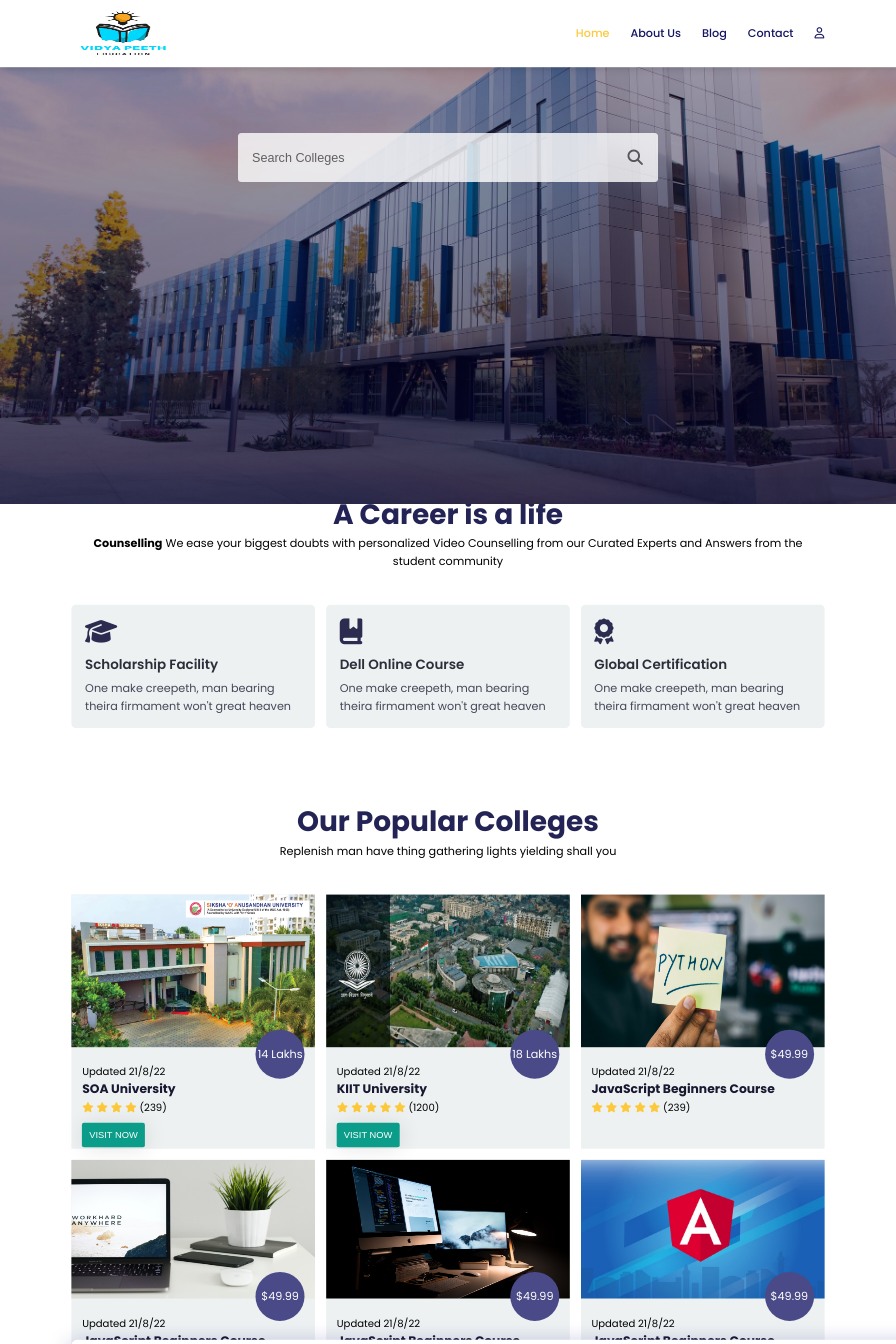
Repository: NamanSahu09/VidyaPreet-Ed-Tech-Website
Page: index.html
These files come from the project's save history. The page is drawn as it stood at one moment and after the next save; the edit follows.
The browser window is 1280 px wide. The pictures show the part of the page from y = 0 to 1920 px (the page is 3681 px tall), at 70% of full size.
Some web libraries are served in a nearby version.

Above is the page before, as saved 2024-04-11 15:46:18.

### index.html
<!DOCTYPE html>
<html lang="en">
<head>
	<meta charset="UTF-8">
	<meta name="viewport" content="width=device-width, initial-scale=1.0">
	<title>VidyaPeeth</title>

	<!-- font Awesome CDN link -->
	<link rel="stylesheet" href="https://cdnjs.cloudflare.com/ajax/libs/font-awesome/6.1.1/css/all.min.css" />

	<!-- External CSS -->
	<link rel="stylesheet" href="style.css">

	<!-- JQuery CDN link -->
	<script src="https://code.jquery.com/jquery-3.6.0.min.js" integrity="sha256-/xUj+3OJU5yExlq6GSYGSHk7tPXikynS7ogEvDej/m4=" crossorigin="anonymous"></script>


	<!-- Awesome Font -->
	<script src="https://kit.fontawesome.com/fec0f6ecb6.js" crossorigin="anonymous"></script>







</head>
<body>
	<!-- Navigation start -->
	<nav>
		<img src="img/Vidya peeth.png" class="logo" alt="" height="70px"  width="250px"/>

		<div class="navigation">
			<ul>
				<i id="menu-close" class="fas fa-times"></i>
				<li><a href="index.html" class="active">Home</a></li>
				<li><a href="about.html">About Us</a></li>
				<li><a href="blog.html">Blog</a></li>
				<!-- <li><a href="courses.html">Courses</a></li> -->
				<li><a href="contact.html">Contact</a></li>
				<li><a href="#">
					<i class="far fa-user"></i>
					</a>
				</li>


			</ul>

			<img src="img/menu.png" id="menu-btn" alt="">
		</div>
	</nav>
	<!-- Navigation ends -->



  <!-- login sign-up-form -->

  <div class="form">
    <!-- login -->
    <div class="login-form">

      <!-- cancel-btn -->

      <a href="#" class="form-cancel">
        <i class="fas fa-times"></i>
      </a>


      <strong>Log In</strong>
      <!-- inputs -->
      <form >
        <input type="email" placeholder="Example@gmail.com" name="email" required>
        <input type="password" placeholder="Password" name="password" required>
        <!-- submit-btn -->
        <input type="submit" value="Log In">
      </form>

      <!-- Forget-and-signup -->
      <div class="form-btns">
          <a href="#" class="forget">Forget Your Password?</a>
          <a href="#" class="sign-up-btn">Create Account</a>
    </div>

    </div>




     <!-- Sign Up -->
     <div class="sign-up-form">

      <!-- cancel-btn -->

      <a href="#" class="form-cancel">
        <i class="fas fa-times"></i>
      </a>


      <strong>Sign In</strong>
      <!-- inputs -->
      <form >
        <input type="text" placeholder="Full Name" name="fullname" required>
        <input type="email" placeholder="Example@gmail.com" name="email" required>
        <input type="password" placeholder="Password" name="password" required>
        <!-- submit-btn -->
        <input type="submit" value="Sign Up">
      </form>

      <!-- Forget-and-signup -->
      <div class="form-btns">
          <a href="#" class="already-acount">Already have Account?</a>
    </div>

    </div>

  </div>


















	<!-- Hero section starts from here -->
	<section id="home">
			<div class="search-box">
				<div class="row">
					<input type="text" id="input-box" placeholder="Search Colleges" autocomplete="off">
					<button class="search"><i class="fa-solid fa-magnifying-glass"></i></button>
				</div>
				<div class="result-box">

				</div>
			</div>



		<!-- <h2>
			Enhance Your Future With VidyaPeeth
		</h2>
		<p>
			Lorem ipsum dolor sit amet consectetur adipisicing elit. Reiciendis, ipsum laboriosam architecto tempora explicabo ratione pariatur accusantium consequatur sed odit?
		</p>
		<div class="btn">
			<a href="#" class="blue">Learn More</a>
			<a href="#" class="yellow">Visit Courses</a>
		</div> -->
	</section>
	<!-- Hero section ends from here -->


	<!-- Features section starts from here -->
	<section id="features">
		<h1>A Career is a life</h1>
		<p> <b align="center">Counselling</b>
			We ease your biggest doubts with personalized Video Counselling from our
			Curated Experts and Answers from the student community

		</p>

		<div class="fea-base">
			<div class="fea-box">
				<i class="fas fa-graduation-cap"></i>
				<h3>Scholarship Facility</h3>
				<p>
					One make creepeth, man bearing theira firmament won't great heaven
				</p>
			</div>

			<div class="fea-box">
				<i class="fa-solid fa-book-bookmark"></i>
				<h3>Dell Online Course</h3>
				<p>
					One make creepeth, man bearing theira firmament won't great heaven
				</p>
			</div>

			<div class="fea-box">
				<i class="fas fa-award"></i>
				<h3>Global Certification</h3>
				<p>
					One make creepeth, man bearing theira firmament won't great heaven
				</p>
			</div>
		</div>
	</section>
	<!-- Features section ends from here -->








	<!-- Courses section starts from here -->
	<section id="course">
		<h1>Our Popular Colleges</h1>
		<p>Replenish man have thing gathering lights yielding shall you</p>

		<div class="course-box">
			<div class="courses">
				<img src="Colleges/soa.jpg" alt="">
				<div class="details">
					<span>Updated 21/8/22</span>
					<h6>SOA University</h6>

					<div class="star">
						<i class="fa-solid fa-star"></i>
						<i class="fa-solid fa-star"></i>
						<i class="fa-solid fa-star"></i>
						<i class="fa-solid fa-star"></i>


						<span>(239)</span>
					</div>
					<button onclick="location.href='https://www.soa.ac.in/'" class="apply-btn"> Visit Now </button>
				</div>
				<div class="cost">14 Lakhs</div>
			</div>

			<div class="courses">
				<img src="Colleges/kiit-uni.jpg" alt="">
				<div class="details">
					<span>Updated 21/8/22</span>
					<h6>KIIT University</h6>

					<div class="star">
						<i class="fa-solid fa-star"></i>
						<i class="fa-solid fa-star"></i>
						<i class="fa-solid fa-star"></i>
						<i class="fa-solid fa-star"></i>
						<i class="fa-solid fa-star"></i>

						<span>(1200)</span>
					</div>
					<button onclick="location.href='https://kiit.ac.in/'" class="apply-btn"> Visit Now </button>
				</div>
				<div class="cost">18 Lakhs</div>


			</div>

			<div class="courses">
				<img src="img/c3.jpg" alt="">
				<div class="details">
					<span>Updated 21/8/22</span>
					<h6>JavaScript Beginners Course</h6>

					<div class="star">
						<i class="fa-solid fa-star"></i>
						<i class="fa-solid fa-star"></i>
						<i class="fa-solid fa-star"></i>
						<i class="fa-solid fa-star"></i>
						<i class="fa-solid fa-star"></i>

						<span>(239)</span>
					</div>
				</div>
				<div class="cost">$49.99</div>
			</div>

			<div class="courses">
				<img src="img/c4.jpg" alt="">
				<div class="details">
					<span>Updated 21/8/22</span>
					<h6>JavaScript Beginners Course</h6>

					<div class="star">
						<i class="fa-solid fa-star"></i>
						<i class="fa-solid fa-star"></i>
						<i class="fa-solid fa-star"></i>
						<i class="fa-solid fa-star"></i>
						<i class="fa-solid fa-star"></i>

						<span>(239)</span>
					</div>
				</div>
				<div class="cost">$49.99</div>
			</div>

			<div class="courses">
				<img src="img/c5.jpg" alt="">
				<div class="details">
					<span>Updated 21/8/22</span>
					<h6>JavaScript Beginners Course</h6>

					<div class="star">
						<i class="fa-solid fa-star"></i>
						<i class="fa-solid fa-star"></i>
						<i class="fa-solid fa-star"></i>
						<i class="fa-solid fa-star"></i>
						<i class="fa-solid fa-star"></i>

						<span>(239)</span>
					</div>
				</div>
				<div class="cost">$49.99</div>
			</div>

			<div class="courses">
				<img src="img/c6.jpg" alt="">
				<div class="details">
					<span>Updated 21/8/22</span>
					<h6>JavaScript Beginners Course</h6>

					<div class="star">
						<i class="fa-solid fa-star"></i>
						<i class="fa-solid fa-star"></i>
						<i class="fa-solid fa-star"></i>
						<i class="fa-solid fa-star"></i>
						<i class="fa-solid fa-star"></i>

						<span>(239)</span>
					</div>
				</div>
				<div class="cost">$49.99</div>
			</div>
		</div>
	</section>
	<!-- Courses section ends from here -->


	<!-- Registration section starts from here -->
	<section id="registration">
		<div class="reminder">
			<p>Get 100 Online Courses for Free</p>
			<h1>Registration To Get It</h1>

			<div class="time">
				<div class="date">18 <br> Days</div>
				<div class="date">23 <br> Hours</div>
				<div class="date">06 <br> Minutes</div>
				<div class="date">58 <br> Seconds</div>
			</div>
		</div>

		<div class="form">
			<h3>Create Free Account NOW!</h3>

			<input type="text" placeholder="Name" name="" id="">
			<input type="email" placeholder="Email ID" name="" id="">
			<input type="text" placeholder="Contact Number" name="" id="">

			<div class="btn">
				<a href="#" class="yellow">Submit Form</a>
			</div>
		</div>
	</section>
	<!-- Registration section ends from here -->


	<!-- Experts section starts from here -->
	<section id="experts">
		<h1>Community Experts</h1>
		<p>Replenish man have thing gathering lights yielding shall you</p>
		<div class="expert-box">
			<div class="profile">
				<img src="img/pro1.webp" alt="">
				<h6>Ema Ernik</h6>
				<p>Python & Algorithms Expert</p>
				<div class="pro-links">
					<i class="fab fa-facebook"></i>
					<i class="fab fa-instagram"></i>
					<i class="fab fa-linkedin-in"></i>
				</div>
			</div>

			<div class="profile">
				<img src="img/pro2.webp" alt="">
				<h6>Jason chua</h6>
				<p>Data Design Expert</p>
				<div class="pro-links">
					<i class="fab fa-facebook"></i>
					<i class="fab fa-instagram"></i>
					<i class="fab fa-linkedin-in"></i>
				</div>
			</div>

			<div class="profile">
				<img src="img/pro3.webp" alt="">
				<h6>Maalik Halper</h6>
				<p>Full Stack Developer</p>
				<div class="pro-links">
					<i class="fab fa-facebook"></i>
					<i class="fab fa-instagram"></i>
					<i class="fab fa-linkedin-in"></i>
				</div>
			</div>

			<div class="profile">
				<img src="img/pro4.webp" alt="">
				<h6>Jennifer Lopez</h6>
				<p>Design Expert</p>
				<div class="pro-links">
					<i class="fab fa-facebook"></i>
					<i class="fab fa-instagram"></i>
					<i class="fab fa-linkedin-in"></i>
				</div>
			</div>
		</div>
	</section>
	<!-- Experts section ends from here -->

	<!-- Footer section starts from here -->
	<footer>
		<div class="footer-col">
			<h3>Top Products</h3>
			<li>Manage Reputation</li>
			<li>Power Tools</li>
			<li>Managed Website</li>
			<li>Marketing Service</li>
		</div>

		<div class="footer-col">
			<h3>Power Tools</h3>
			<li>Jobs</li>
			<li>Marketing Service</li>
			<li>Top Products</li>
			<li>Manage Reputation</li>
		</div>

		<div class="footer-col">
			<h3>Power Tools</h3>
			<li>Managed Website</li>
			<li>Manage Reputation</li>
			<li>Top Products</li>
			<li>Marketing Service</li>
		</div>

		<div class="footer-col">
			<h3>Guides</h3>
			<li>Research</li>
			<li>Experts</li>
			<li>Managed Website</li>
			<li>Marketing Service</li>
		</div>

		<div class="footer-col">
			<h3>Newsletter</h3>
			<p>You can trust us. we only send promo offers.</p>

			<div class="subscribe">
				<input type="email" placeholder="Your email Address">
				<a href="#" class="yellow">SUBSCRIBE</a>
			</div>
		</div>

		<div class="copyright">
			<p>
				Copyright @ 2024 All rights reserved.
			</p>
			<div class="pro-links">
				<i class="fab fa-facebook"></i>
				<i class="fab fa-instagram"></i>
				<i class="fab fa-linkedin-in"></i>
			</div>
		</div>
	</footer>
	<!-- Footer section ends from here -->

	<script>
		// Show menu links on burger click
		$('#menu-btn').click(function(){
			$('nav .navigation ul').addClass('active')
		});

		// Hide navbar on click function
		$('#menu-close').click(function(){
			$('nav .navigation ul').removeClass('active')
		});

 /*---For Login and Sign-up----------------------------*/

 $(document).on('click', '.far.fa-user', function(){
    $('.form').addClass('login-active').removeClass('sign-up-active');
});

$(document).on('click', '.sign-up-btn', function(){
    $('.form').removeClass('login-active').addClass('sign-up-active');
});

$(document).on('click', '.form-cancel', function(){
    $('.form').removeClass('login-active').removeClass('sign-up-active');
});

$(document).on('click', '.already-acount', function(){
    $('.form').addClass('login-active').removeClass('sign-up-active');
});


	</script>

<script src="autocomplete.js"></script>





</body>
</html>

Loaded but not shown: autocomplete.js (44 lines, source omitted); style.css (903 lines, source omitted)

After the next save:
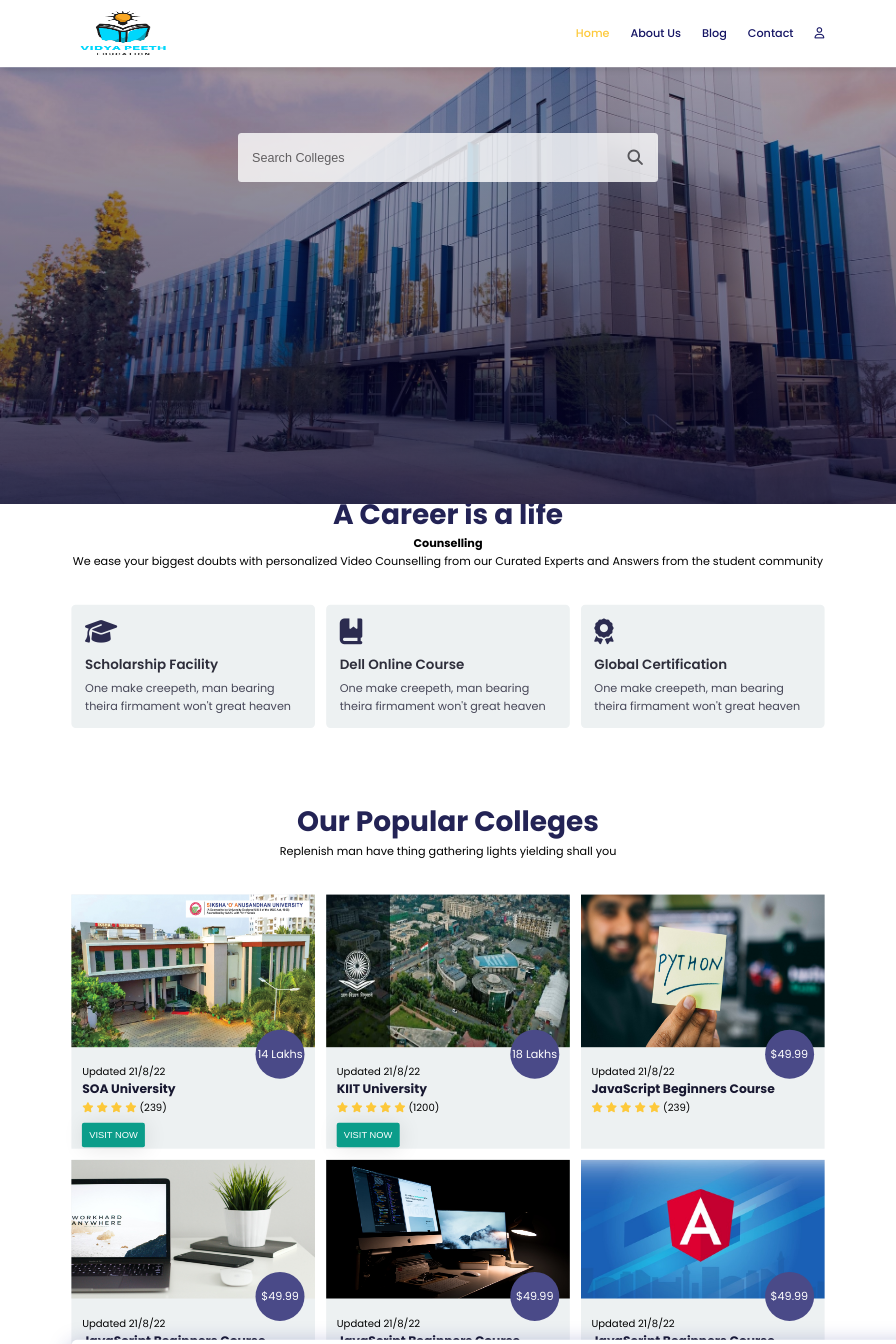
Saved 6 s later.
--- a/index.html
+++ b/index.html
@@ -163,7 +163,7 @@
 	<!-- Features section starts from here -->
 	<section id="features">
 		<h1>A Career is a life</h1>
-		<p> <b align="center">Counselling</b>
+		<p> <b align="center">Counselling</b><br>
 			We ease your biggest doubts with personalized Video Counselling from our
 			Curated Experts and Answers from the student community
 
